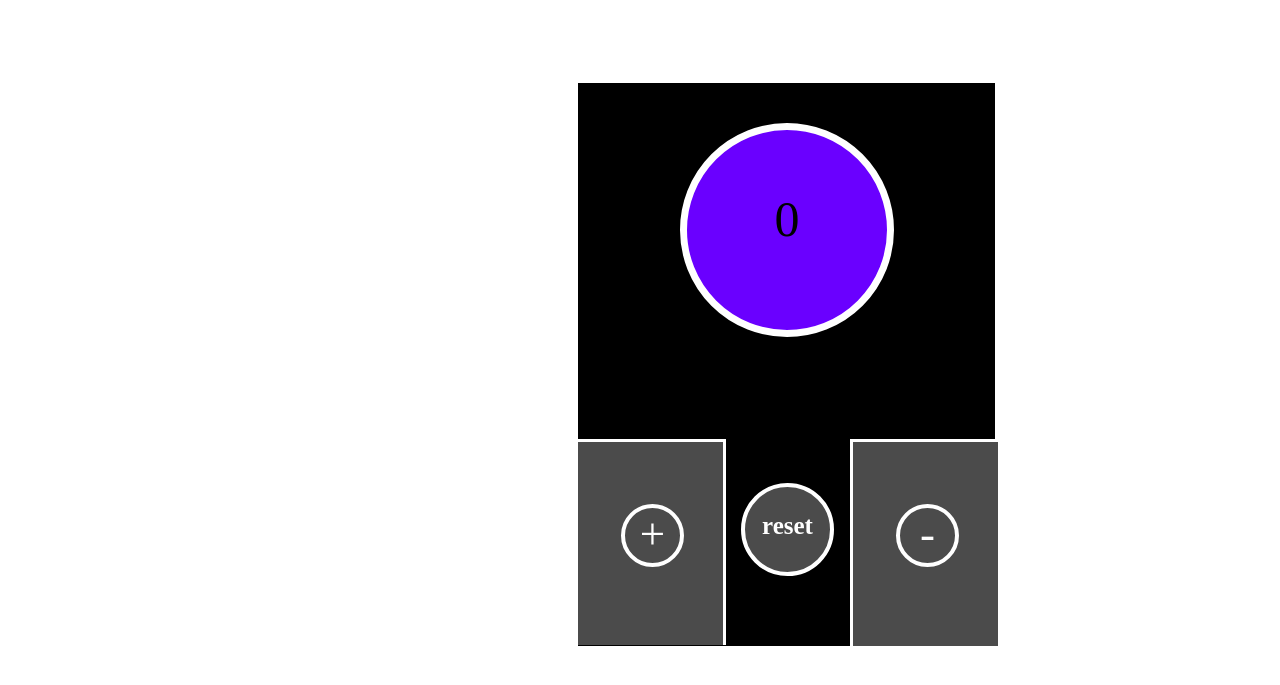
Repository: sara55m/Counter_App
Page: index.html
An editor plug-in stored every save of this project. The page is shown before and after the next save, followed by the edit.
The browser window is 1280 px wide. The pictures show the whole page.

Above is the page before, as saved 2024-07-31 18:35:53.

### index.html
<!DOCTYPE html>
<html lang="en">
<head>
    <meta charset="UTF-8">
    <meta name="viewport" content="width=device-width, initial-scale=1.0">
    <title>Document</title>
    <link rel="stylesheet" href="css/style.css">
</head>
<body>
    <div class="container">
        <div class="main" id="main"><p class="one" id="one"></p></div>
        <div class="increase" id="increase" onclick="increase()"><div class="increase2">+</div></div>
        <div class="decrease" id="decrease" onclick="decrease()"><div class="decrease2">-</div></div>
        <div class="reset" onclick="reset_1()"><p class="third">reset</p></div>
    </div>
    <script src="js/script.js"></script>
</body>
</html>

### css/style.css
.container{
    position: absolute;
    top:80px;
    left:575px;
    height:563px;
    width:417px;
    background-color: black;
    border:3px solid white;
}
p.one{
    text-align: center;

}

.main{
    position:absolute;
    top:40px;
    left:102px;
    height:180px;
    width:180px;
    border-radius: 50%;
    background-color: rgb(106, 0, 255);
    text-align: center;
    font-size: 50px;
    padding:10px;
    border:7px solid white;

}

.increase{
    position:absolute;
    top:356px;
    left:0px;
    height:203px;
    width:145px;
    background-color:#4b4b4b;
    border-top:3px solid white;
    border-right: 3px solid white;

}

.increase .increase2{
    position:absolute;
    top:62px;
    left:43px;
    height:55px;
    width:55px;
    border-radius: 50%;
    border:4px solid white;
    background-color:#4b4b4b;
    text-align: center;
    font-size: 45px;
    color:white;
}

.decrease{
    position:absolute;
    top:356px;
    left:272px;
    background-color:#4b4b4b;
    height:204px;
    width:145px;
    border-top:3px solid white;
    border-left: 3px solid white;

}
.decrease .decrease2{
    position:absolute;
    top:62px;
    left:43px;
    height:55px;
    width:55px;
    border-radius: 50%;
    border:4px solid white;
    background-color:#4b4b4b;
    text-align: center;
    font-size: 45px;
    color:white;
}

.reset{
    position:absolute;
    top:400px;
    left:163px;
    height:85px;
    width:85px;
    border-radius: 50%;
    background-color:#4b4b4b;
    font-weight: bolder;
    border:4px solid white;

}

p.third{
    font-size: 25px;
    text-align: center;
    color:white;
}

### js/script.js
let count=0;
document.getElementById("one").innerHTML=count;
function increase(){
    count+=1;
    document.getElementById("one").innerHTML=count;
}

function reset_1(){
    count=0;
    document.getElementById("one").innerHTML=count;
}

count=0;
document.getElementById("one").innerHTML=count;
function decrease(){
    count-=1;
    document.getElementById("one").innerHTML=count;

}

After the next save:
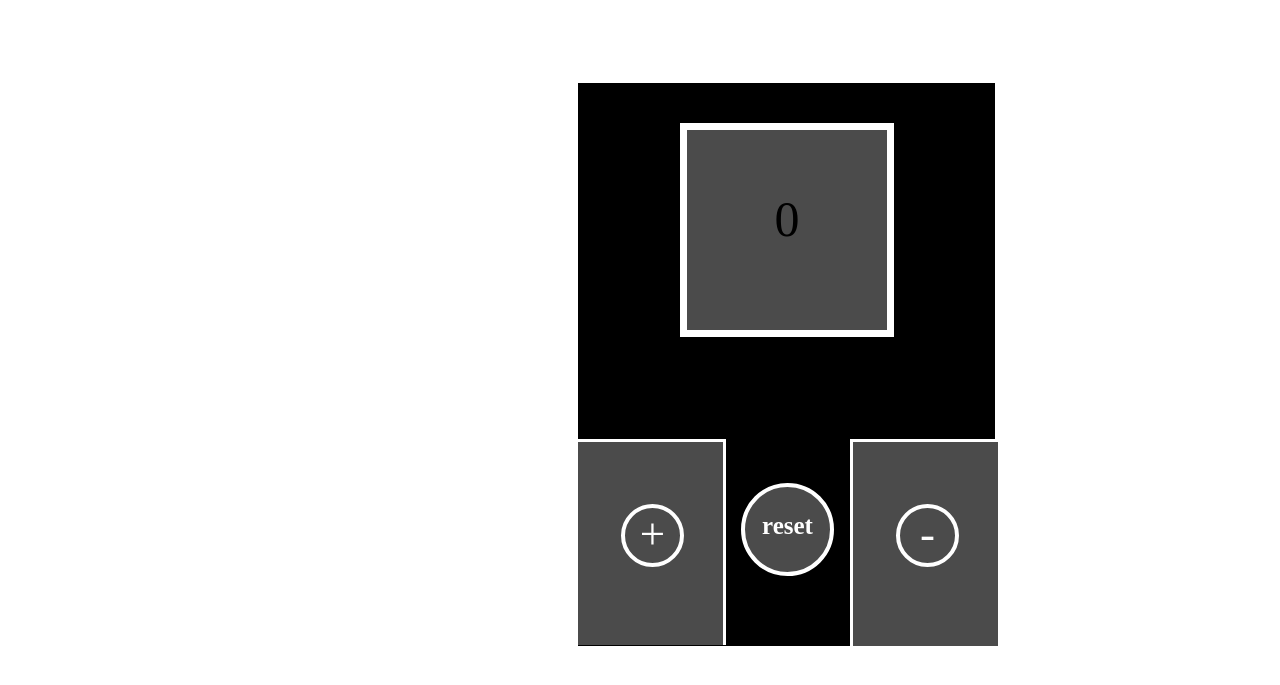
Saved 48 s later.
--- a/css/style.css
+++ b/css/style.css
@@ -18,8 +18,8 @@ p.one{
     left:102px;
     height:180px;
     width:180px;
-    border-radius: 50%;
-    background-color: rgb(106, 0, 255);
+
+    background-color:#4b4b4b;
     text-align: center;
     font-size: 50px;
     padding:10px;
